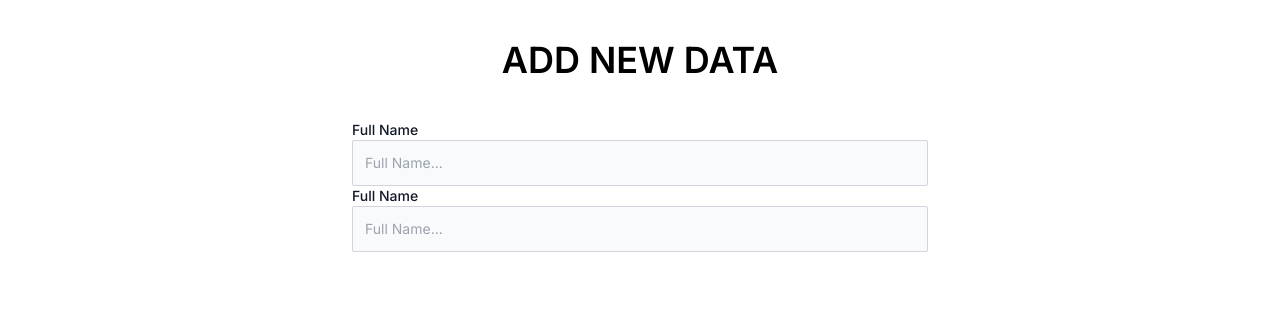
Repository: KilluaProject/crud-nextjs14
Page: /contacts/create
An editor plug-in stored every save of this project. The page is shown before and after the next save, followed by the edit.
The browser window is 1280 px wide. The pictures show the whole page.
The project was rebuilt for these pictures with package versions that can differ from the ones it lists, and the page was loaded fresh each time. The framework's server and built-in components were replaced by stand-ins that run in the browser. Also part of the build but not shown: next.config.mjs.

Above is the page before, as saved 2024-06-30 14:12:24.

After the next save:
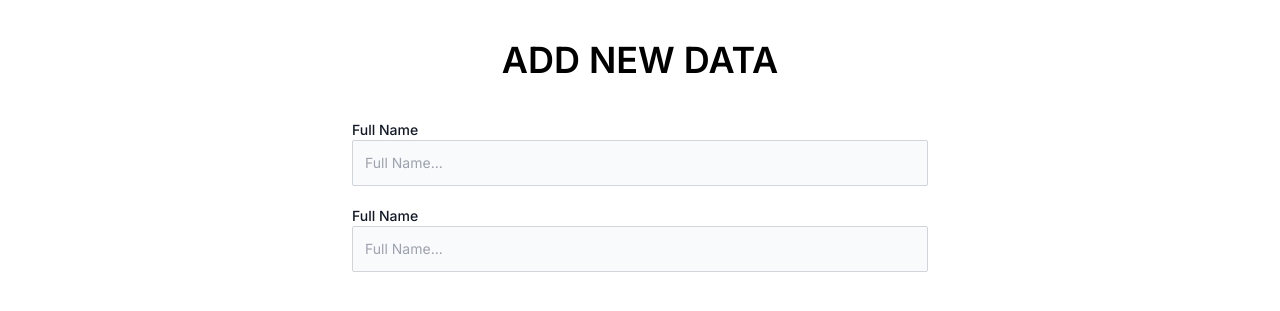
Saved 19 s later.
--- a/components/CreateForm.tsx
+++ b/components/CreateForm.tsx
@@ -3,7 +3,7 @@ import React from 'react'
 const CreateForm = () => {
   return (
     <div>
-      <form action="">
+      <form className='flex flex-col gap-5' action="">
         <div>
           <label htmlFor="name" className='block text-sm font-medium text-gray-900'>Full Name</label>
           <input type="text" name='name' id='name' placeholder='Full Name...' className='bg-gray-50 border border-gray-300 text-gray-900 text-sm rounded-sm focus:ring-blue-500 focus:border-blue-500 block w-full p-3' />
